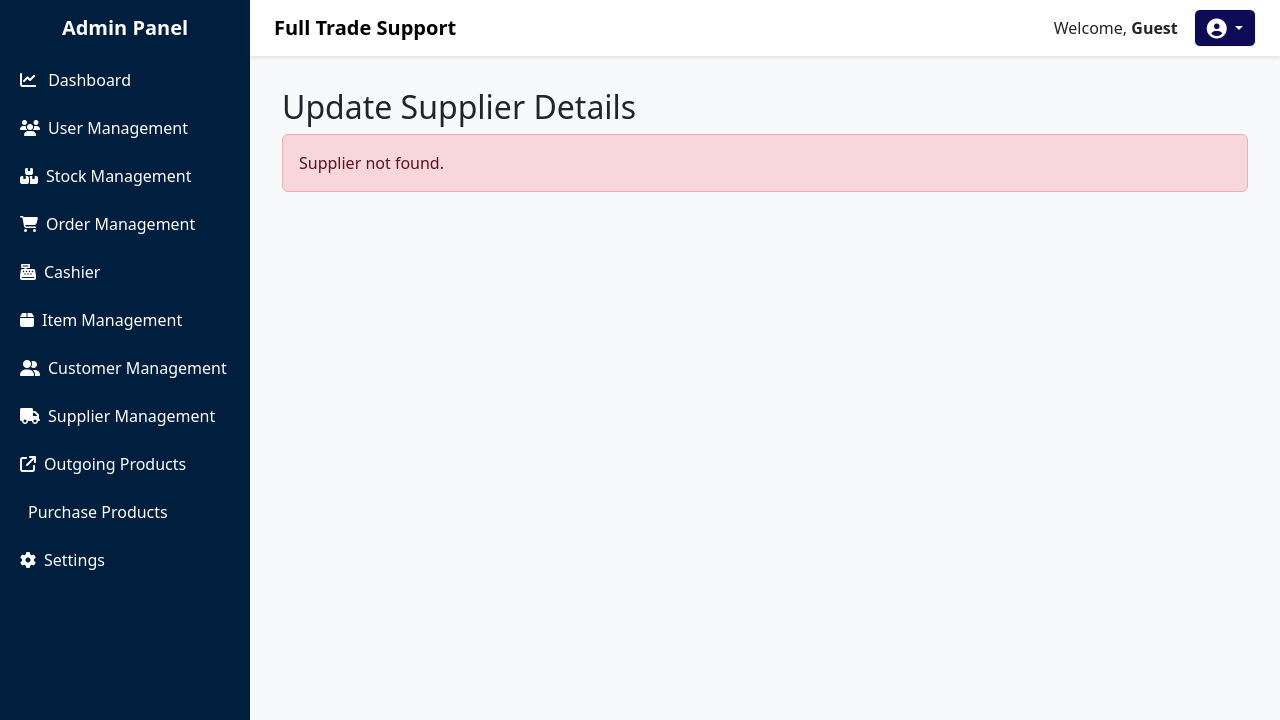
Repository: LakviduUpasara/onlineSparePartsManagementSystem
Page: http://localhost/Spare_parts_Management_Systems/supplier-update
The author's editor kept a copy of each file at every save. The page is drawn from the files as they stood at one save, then again after the next save.
The browser window is 1280 px wide. The pictures show the whole page.
The page is served by Tomcat 9. Queries for data that is not in the repository find no rows.

Above is the page before, as saved 2025-05-15 03:35:37.

After the next save:
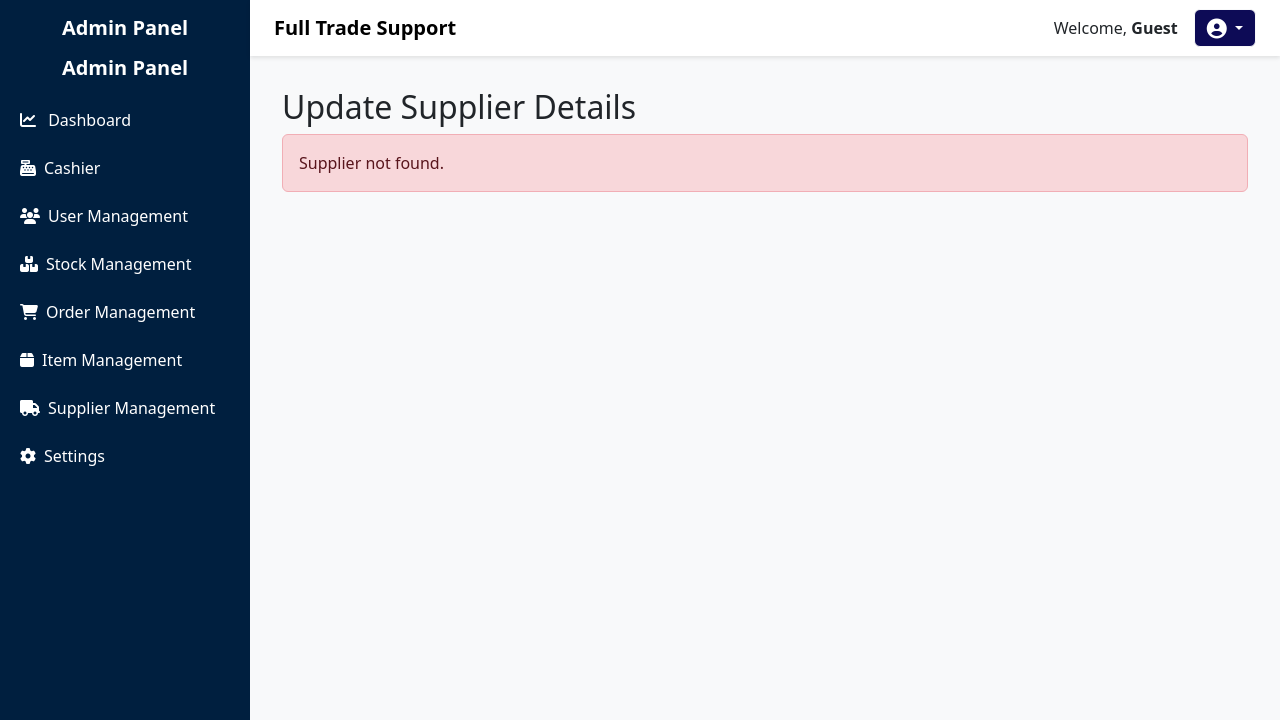
Saved 103 s later.
--- a/Project/Project/Spare_parts_Management_Systems/src/main/webapp/Maneger/supplier-update.jsp
+++ b/Project/Project/Spare_parts_Management_Systems/src/main/webapp/Maneger/supplier-update.jsp
@@ -73,45 +73,43 @@
     <!-- Sidebar -->
     <div class="sidebar">
         <h5>Admin Panel</h5>
-        <a href="dashboard.jsp"><i class="fas fa-chart-line me-2"></i> Dashboard</a>
-        <a href="GetAllServlet"><i class="fas fa-users me-2"></i>User Management</a>
-        <a href="#"><i class="fas fa-boxes me-2"></i>Stock Management</a>
-        <a href="#"><i class="fas fa-shopping-cart me-2"></i>Order Management</a>
-        <a href="#"><i class="fas fa-cash-register me-2"></i>Cashier</a>
-        <a href="#"><i class="fas fa-box me-2"></i>Item Management</a>
-        <a href="#"><i class="fas fa-user-friends me-2"></i>Customer Management</a>
-        <a href="supplier-list"><i class="fas fa-truck me-2"></i>Supplier Management</a>
-        <a href="#"><i class="fas fa-arrow-up-right-from-square me-2"></i>Outgoing Products</a>
-        <a href="#"><i class="fas fa-arrow-down-to-line me-2"></i>Purchase Products</a>
-        <a href="#" data-bs-toggle="collapse" data-bs-target="#settingsMenu"><i class="fas fa-gear me-2"></i>Settings</a>
-        <div class="collapse ms-3" id="settingsMenu">
-            <a href="profile.jsp" class="d-block mt-1"><i class="fas fa-id-badge me-2"></i>Profile Settings</a>
-            <a href="#" class="d-block mt-1"><i class="fas fa-lock me-2"></i>Change Password</a>
-            <a href="#" class="d-block mt-1"><i class="fas fa-sliders-h me-2"></i>System Preferences</a>
+
+
+  	    <h5>Admin Panel</h5>
+    <a href="${pageContext.request.contextPath}/dashboard"><i class="fas fa-chart-line me-2"></i> Dashboard</a>
+    <a href="${pageContext.request.contextPath}/cashier"><i class="fas fa-cash-register me-2"></i>Cashier</a>
+    <a href="${pageContext.request.contextPath}/GetAllServlet"><i class="fas fa-users me-2"></i>User Management</a>
+    <a href="${pageContext.request.contextPath}/item-list"><i class="fas fa-boxes me-2"></i>Stock Management</a>
+    <a href="#"><i class="fas fa-shopping-cart me-2"></i>Order Management</a>
+    <a href=""${pageContext.request.contextPath}/item-list""><i class="fas fa-box me-2"></i>Item Management</a>
+
+    <a href="${pageContext.request.contextPath}/supplier-list"><i class="fas fa-truck me-2"></i>Supplier Management</a>
+    <a href="${pageContext.request.contextPath}/profile.jsp" data-bs-toggle="collapse" data-bs-target="#settingsMenu"><i class="fas fa-gear me-2"></i>Settings</a>
+    <div class="collapse ms-3" id="settingsMenu">
+      <a href="#" class="d-block mt-1"><i class="fas fa-sliders-h me-2"></i>System Preferences</a>
+    </div>
+  </div>
+
+  <!-- Main Content -->
+  <div class="main-content w-100">
+    <nav class="navbar navbar-expand-lg navbar-light px-4">
+      <a class="navbar-brand fw-bold" href="#">Full Trade Support</a>
+      <div class="ms-auto d-flex align-items-center">
+        <span class="me-3">
+          Welcome, <strong><%= session.getAttribute("Name") != null ? session.getAttribute("Name") : "Guest" %></strong>
+        </span>
+        <div class="dropdown">
+          <a class="btn btn-light dropdown-toggle" href="#" role="button" data-bs-toggle="dropdown">
+            <i class="fas fa-user-circle fa-lg"></i>
+          </a>
+          <ul class="dropdown-menu dropdown-menu-end">
+            <li><a class="dropdown-item" href="${pageContext.request.contextPath}/profile.jsp"><i class="fas fa-id-badge me-2"></i>Profile</a></li>
+            <li><hr class="dropdown-divider"></li>
+            <li><a class="dropdown-item text-danger" href="${pageContext.request.contextPath}/LogoutServlet"><i class="fas fa-sign-out-alt me-2"></i>Logout</a></li>
+          </ul>
         </div>
-    </div>
-
-    <!-- Main Content -->
-    <div class="main-content w-100">
-        <nav class="navbar navbar-expand-lg navbar-light px-4">
-            <a class="navbar-brand fw-bold" href="#">Full Trade Support</a>
-            <div class="ms-auto d-flex align-items-center">
-                <span class="me-3">
-                    Welcome, <strong><%= session.getAttribute("userName") != null ? session.getAttribute("userName") : "Guest" %></strong>
-                </span>
-                <div class="dropdown">
-                    <a class="btn btn-light dropdown-toggle" href="#" role="button" data-bs-toggle="dropdown">
-                        <i class="fas fa-user-circle fa-lg"></i>
-                    </a>
-                    <ul class="dropdown-menu dropdown-menu-end">
-                        <li><a class="dropdown-item" href="profile.jsp"><i class="fas fa-id-badge me-2"></i>Profile</a></li>
-                        <li><a class="dropdown-item" href="#"><i class="fas fa-cogs me-2"></i>Settings</a></li>
-                        <li><hr class="dropdown-divider"></li>
-                        <li><a class="dropdown-item text-danger" href="logout.jsp"><i class="fas fa-sign-out-alt me-2"></i>Logout</a></li>
-                    </ul>
-                </div>
-            </div>
-        </nav>
+      </div>
+    </nav>
 
         <!-- Supplier Management Section -->
         <div class="dashboard-content">
